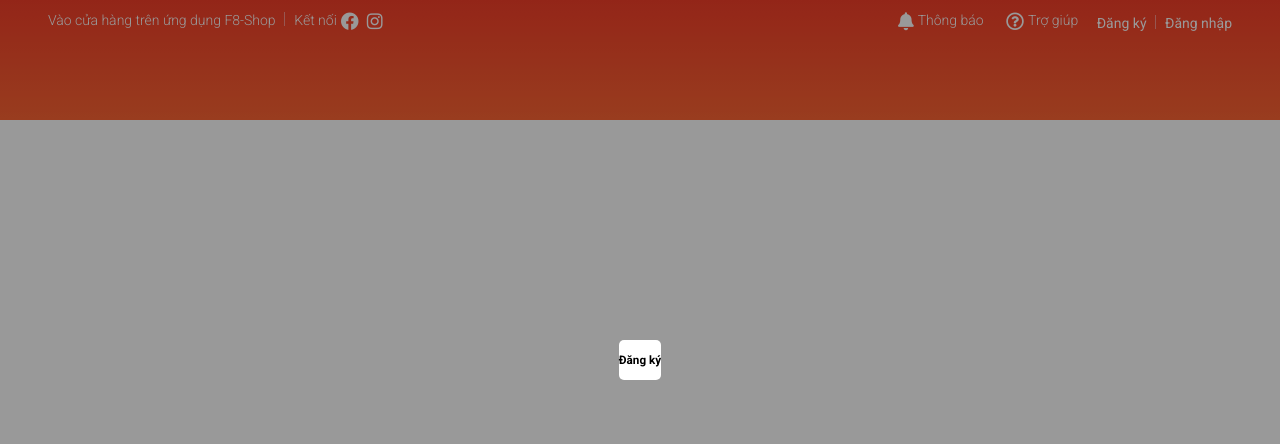
Repository: tvhoangit/tvhoangit.github.io
Page: Shoppe/index.html
The author's editor kept a copy of each file at every save. The page is drawn from the files as they stood at one save, then again after the next save.
The browser window is 1280 px wide. The pictures show the whole page.

Above is the page before, as saved 2021-10-16 19:29:26.

### Shoppe/index.html
<!DOCTYPE html>
<html lang="en">
<head>
    <meta charset="UTF-8">
    <meta http-equiv="X-UA-Compatible" content="IE=edge">
    <meta name="viewport" content="width=device-width, initial-scale=1.0">
    <title>Document</title>
    <link rel="stylesheet" href="https://cdnjs.cloudflare.com/ajax/libs/normalize/8.0.1/normalize.min.css">
    <link rel="stylesheet" href="./assets/css/base.css">
    <link rel="stylesheet" href="./assets/css/main.css">
    <link rel="stylesheet" href="./assets/fonts/fontawesome-free-5.15.4-web/fontawesome-free-5.15.4-web/css/all.min.css">
    <link href="https://fonts.googleapis.com/css2?family=Open+Sans&family=Roboto:wght@300;400;500;700;900&display=swap" rel="stylesheet">
</head>
<body>

    <div class="app">
        <header class="header">
            <div class="grid">
                <nav class="header__navbar">
                    <ul class="header__navbar-list">
                        <li class="header__navbar-item header__navbar-item--qr header__navbar-item--separate">
                            Vào cửa hàng trên ứng dụng F8-Shop
                            <div class="header__qr">
                                <img src="./assets/img/QR.png" alt="QR code" class="header__qr-img">
                                <div class="header__qr-apps">
                                    <a href="" class="header__qr-link">
                                        <img src="./assets/img/gg_play.jpg" alt="GG Play" class="header__qr-dowload-img">
                                    </a>
                                    <a href="" class="header__qr-link">
                                        <img src="./assets/img/apstore.jpg" alt="ApStore" class="header__qr-dowload-img">
                                    </a>
                                </div>
                            </div>
                        </li>
                        <li class="header__navbar-item">
                            <span class="header__navbar-title--no-pointer">Kết nối</span>
                            <a href="" class="header__navbar-icon-link">
                                <i class="header__navbar--icon fab fa-facebook"></i>
                            </a>
                            <a href="" class="header__navbar-icon-link">
                                <i class="header__navbar--icon fab fa-instagram"></i>
                            </a>
                        </li>
                    </ul>

                    <ul class="header__navbar-list">
                        <li class="header__navbar-item header__navbar-item--has-notify">
                            <i class="header__navbar--icon fas fa-bell"></i>
                            <a href="" class="header__navbar-item-link">Thông báo</a>
                            <div class="header__notify">
                                <header class="header__notify--header">
                                    <h3>Thông báo mới nhận</h3>
                                </header>
                                <ul class="header__notify-list">
                                    <li class="header__notify-item header__notify-item--viewed">
                                        <a href="" class="header__notify-link">
                                            <span>
                                                <img src="./assets/img/myphamohui.png" alt="" class="header__notify-img">
                                            </span>
                                            <div class="header__notify-info">
                                                <span class="header__notify-name">Mỹ phẩm Ohui chính hãng</span>
                                                <span class="header__notify-description">Mô tả</span>
                                            </div>
                                        </a>
                                    </li>
                                    <li class="header__notify-item">
                                        <a href="" class="header__notify-link">
                                            <span>
                                                <img src="./assets/img/myphamohui.png" alt="" class="header__notify-img">
                                            </span>
                                            <div class="header__notify-info">
                                                <span class="header__notify-name">Mỹ phẩm Ohui chính hãng</span>
                                                <span class="header__notify-description">Mô tả</span>
                                            </div>
                                        </a>
                                    </li>
                                    <li class="header__notify-item">
                                        <a href="" class="header__notify-link">
                                            <span>
                                                <img src="./assets/img/myphamohui.png" alt="" class="header__notify-img">
                                            </span>
                                            <div class="header__notify-info">
                                                <span class="header__notify-name">Mỹ phẩm Ohui chính hãng</span>
                                                <span class="header__notify-description">Mô tả</span>
                                            </div>
                                        </a>
                                    </li>
                                </ul>
                                <div class="header__notify-footer">
                                    <a href="" class="header__notify-footer-btn">Xem tất cả</a>
                                </div>
                            </div>
                        </li>
                        <li class="header__navbar-item">
                            <i class="header__navbar--icon far fa-question-circle"></i>
                            <a href="" class="header__navbar-item-link">Trợ giúp</a>
                        </li>
                        <li class="header__navbar-item header__navbar-item--strong header__navbar-item--separate">Đăng ký</li>
                        <li class="header__navbar-item header__navbar-item--strong">Đăng nhập</li>
                    </ul>
                </nav>
            </div>
        </header>
    </div>
    <div class="container">


    </div>
    <div class="footer">

    </div>


    <!-- Form Đăng ký đăng nhập -->
    <div class="modal">
        <div class="modal__overlay">

        </div>
        <div class="modal__body">
            <div class="modal__inner">
                <!-- authen form -->
                <div class="auth-form">
                    <div class="auth-form__header">
                        <h3 class="auth-form__heading">Đăng ký</h3>
                    </div>
                </div>
            </div>
        </div>
    </div>

</body>
</html>

### Shoppe/assets/css/base.css
:root{
    --primary-color: #EE4D2D;
    --white-color: #fff;
    --black-color: #000;
    --text-color: #333;
}

*{
    box-sizing: inherit;
}

html{
    font-size: 62.5%;
    line-height: 1.6rem;
    font-family: 'Roboto', sans-serif;
    box-sizing: border-box;
}

.grid{
    width: 1200px;
    max-width: 100%;
    margin: 0 auto;
}

.grid__full-width{
    width: 100%;
}

.grid__row{
    display: flex;
    flex-wrap: wrap;
}

/* Animation */
@keyframes fadeIn {
    from {
        opacity: 0;
    }
    to {
        opacity: 1;
    }
}
/* Modal */
.modal {
    position: fixed;
    top: 0;
    right: 0;
    bottom: 0;
    left: 0;
    display: flex;
}
.modal__overlay {
    position: absolute;
    width: 100%;
    height: 100%;
    background-color: rgba(0, 0, 0, 0.4);
}
.modal__body {
    background-color: var(--white-color);
    margin: auto;
    position: relative;
    z-index: 1;
    border-radius: 5px;
}

### Shoppe/assets/css/main.css
.header {
    height: 120px;
    background-image: linear-gradient(0, #fe6433, #f53e28);
}
.header__navbar {
    display: flex;
    justify-content: space-between;
    padding-top: 8px;
}
.header__navbar-list {
    list-style: none;
    padding-left: 0;
    margin-top: 4px;
}
.header__navbar-item {
    display: inline-block;
    margin: 0 8px 0px 8px;
    position: relative;
    min-height: 26px;
}
.header__navbar-item--qr:hover .header__qr {
    display: block;
}
.header__navbar-item--has-notify:hover .header__notify {
    display: block;
}
.header__navbar-item,
.header__navbar-item-link {
    font-size: 1.4rem;
    color: var(--white-color);
    text-decoration: none;
    font-weight: 300;
}
.header__navbar-item:hover,
.header__navbar-icon-link:hover,
.header__navbar-item-link:hover {
    color: rgba(255, 255, 255, 0.7);
    cursor: pointer;
}
.header__navbar-item,
.header__navbar-item-link,
.header__navbar-icon-link{
    display: inline-flex;
    text-align: center;
}
.header__navbar-item--strong {
    font-weight: 400;
}
.header__navbar-item--separate::after {
    content: "";
    display: block;
    position: absolute;
    border-left: 1px solid #FB9086;
    height: 14px;
    right: -9px;
    top: 25%;
    transform: translateY(-50%);
}
.header__navbar-icon-link {
    color: var(--white-color);
    text-decoration: none;
}
.header__navbar--icon {
    font-size: 1.8rem;
    margin: 0 4px;
}
.header__navbar-title--no-pointer {
    cursor: text;
    color: var(--white-color);
}
.header__qr {
    width: 186px;
    background-color: var(--white-color);
    position: absolute;
    left: 0;
    top: 100%;
    padding: 8px;
    border-radius: 2px;
    display: none;
    animation: fadeIn ease 0.3s;
}
.header__qr-img {
    width: 100%;
}
.header__qr-apps {
    display: flex;
    justify-content: space-between;
}
.header__qr-link {
    margin: 0px 11px;
}
.header__qr-dowload-img {
    height: 15px;
}

/* Header notification */
.header__notify {
    position: absolute;
    top: 100%;
    width: 404px;
    right: 0;
    border: 1px solid #D3D3D3;
    background-color: var(--white-color);
    cursor: default;
    /* lấy tâm để dịch chuyển */
    transform-origin: calc(100% - 20px) top;
    animation: headerNotifyGrowth ease-in 0.2s;
    /* nói cho web biết thuộc tính gì sẽ thay đổi để tối ưu hơn */
    will-change: opacity, transform;
    display: none;
}
.header__notify::before {
    content: "";
    border-width: 20px 27px;
    border-style: solid;
    border-color: transparent transparent var(--white-color) transparent;
    position: absolute;
    right: 4px;
    top: -30px;
}
@keyframes headerNotifyGrowth {
    from {
        opacity: 0;
        transform: scale(0);
    }
    to {
        opacity: 1;
        transform: scale(1);
    }
}
.header__notify--header {
    height: 40px;
    background-color: var(--white-color);
    margin-top: -15px;
}
.header__notify--header h3 {
    color: #999;
    margin-right: 237px;
    font-weight: 400;
    font-size: 1.5rem;
    line-height: 40px;

}
.header__notify-list {
    padding-left: 0;
}
.header__notify-item {
    display: flex;
}
.header__notify-item:hover {
    background-color: #f7f7f7;
}
.header__notify-item--viewed {
    background-color: rgba(238,75,43,0.08);
}
.header__notify-link {
    display: flex;
    width: 100%;
    padding: 12px;
    text-decoration: none;
}
.header__notify-img {
    width: 48px;
}
.header__notify-info {
    margin-left: 12px;
}
.header__notify-name {
    display: block;
    font-size: 1.4rem;
    color: var(--text-color);
    font-weight: 400;
    line-height: 1.8rem;
}
.header__notify-description {
    display: block;
    font-size: 1.2rem;
    line-height: 1.6rem;
    color: #756F6E;
    text-align: left;
    margin-top: 4px;;
}
.header__notify-footer {
    height: 40px;
}
.header__notify-footer-btn {
    text-decoration: none;
    line-height: 40px;
    color: var(--text-color);
    padding: 8px 32px;
    font-weight: 400;
}

Loaded but not shown: Shoppe/assets/fonts/fontawesome-free-5.15.4-web/fontawesome-free-5.15.4-web/css/all.min.css (library)

After the next save:
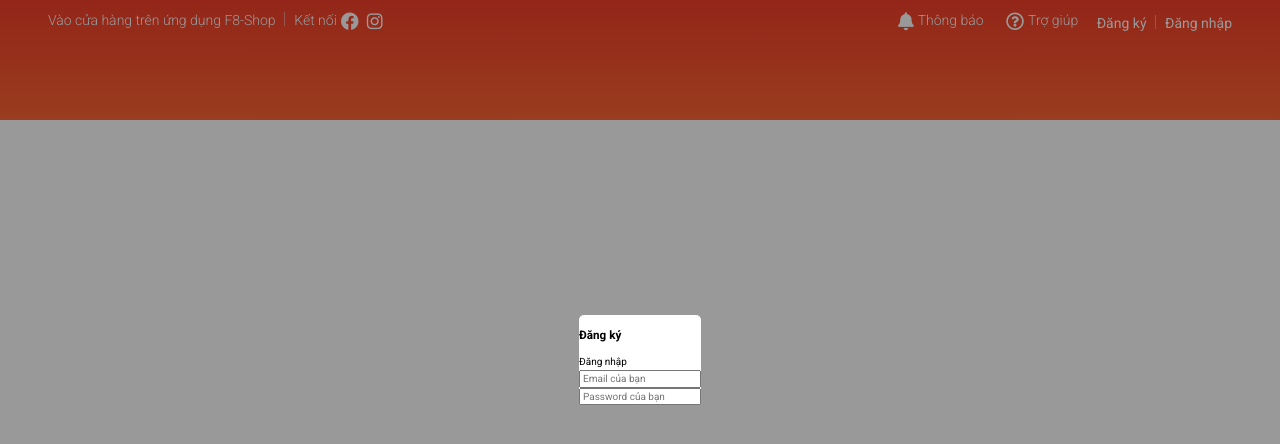
Saved 15 h 11 min later.
--- a/Shoppe/index.html
+++ b/Shoppe/index.html
@@ -122,6 +122,15 @@
                 <div class="auth-form">
                     <div class="auth-form__header">
                         <h3 class="auth-form__heading">Đăng ký</h3>
+                        <span class="auth-form__switch-btn">Đăng nhập</span>
+                    </div>
+                    <div class="auth-form__form">
+                        <div class="auth-form__group">
+                            <input type="text" class="auth-form__input" placeholder="Email của bạn">
+                        </div>
+                        <div class="auth-form__group">
+                            <input type="text" class="auth-form__input" placeholder="Password của bạn">
+                        </div>
                     </div>
                 </div>
             </div>
